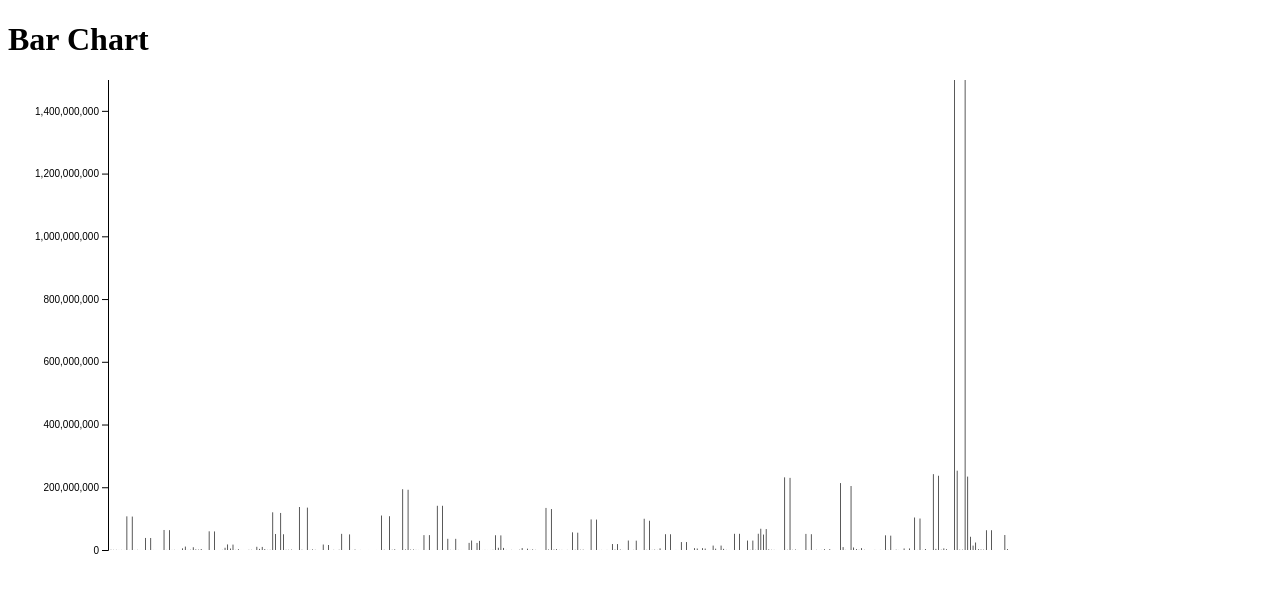
Repository: komalharjani/d3js-visualisation
Page: index.html
An editor plug-in stored every save of this project. The page is shown before and after the next save, followed by the edit.
The browser window is 1280 px wide. The pictures show the whole page.

Above is the page before, as saved 2020-04-29 22:25:33.

### index.html
<!DOCTYPE html>
<html lang="en">
<head>
    <meta charset="UTF-8">
    <meta name="viewport" content="width=device-width, initial-scale=1.0">
    <title>Information Visualisation Practical 3</title>
</head>
<body>
    <div id="barChart"></div>
    <h1>Bar Chart</h1>

</body>
<script src="https://d3js.org/d3.v5.min.js"></script>
<script src="index.js"></script>
</html>

### index.js
//1. What the bar chart should represent -- Data
//2. Add CSS - colours
//3. Add Filters
//4. Add Transitions

let dataPath = "data/energy.csv";
d3.csv(dataPath)
        .then(function (data) {

                let finals = [];
                let temp = [];
                console.log(data);

                // //Filter Data into new object
                // for (let i = 0; i < data.length; i++) {
                //         if (data[i].region == "Combined" && data[i].year == 1990) {
                //                 finals.push({
                //                         amount: parseInt(data[i].amount),
                //                         type: data[i].energySrc,
                //                 })
                //         }
                // }
                //console.log(finals);

                for(let j=0; j < data.length; j++) {
                        let year = 1990;
                        if(data[j].year == year) {
                        if(data[j].energySrc == "Coal" || data[j].energySrc == "Petroleum") {
                                finals.push({
                                        amount: parseInt(data[j].amount),
                                        type: data[j].energySrc,
                                        region: data[j].region
                                })
                        }
                        year = year + 1;
                }
                }
                console.log(finals);

                let width = 1000;
                let height = 500;
                let margin = {
                        top: 20,
                        right: 20,
                        bottom: 20,
                        left: 50
                };
                let barwidth = (width / finals.length);

                //Append to HTML Document
                let svg = d3.select("body")
                        .append("svg")
                        .attr("height", height)
                        .attr("width", width);

                //Scales
                let xscale = d3.scaleLinear()
                        .domain([0, d3.max(finals, d => d.amount)])
                        .range([0, width]);

                let yscale = d3.scaleLinear()
                        .domain([0, d3.max(finals, d => d.amount)])
                        .range([height, 0]);

                //text scales
                let yscales = d3.scaleBand()
                .domain(data.map(d => d.type))
                .range(0, width);

                //Axis

                let y_axis = d3.axisLeft()
                        .scale(yscale);

                svg.append("g")
                        .attr("transform", "translate(100,-30)")
                        .call(y_axis)


                //X Axis
                // let x_axis = d3.axisBottom()
                //         .scale(xscale);
                // let xAxisTranslate = height - 30;

                // svg.append("g")
                //         .attr("transform", "translate(100,30)")
                //         .call(yscales)

                //Barchart
                svg.selectAll("body") //add rectangles to all data
                        .data(finals) //provide finals as dataset
                        .enter()
                        .append("rect")
                        .attr("y", function (d) {
                                return height - xscale(d.amount);
                        })
                        .attr("height", function (d) {
                                return xscale(d.amount);
                        })
                        .attr("width", barwidth -2)
                        .attr("transform", function (d, i) {
                                let translate = [100 + barwidth * i,-30];
                                return "translate(" + translate + ")";
                        })
                        .attr("fill", 'black');

                // Barchart Text
                // let text = svg.selectAll("text")
                //         .data(finals)
                //         .enter()
                //         .append("text")
                //         .text(function (d) {
                //                 return d.amount;
                //         })
                //         .attr("y", function (d, i) {
                //                 return height - xscale(d.amount) - 2;
                //         })
                //         .attr("x", function (d, i) {
                //                 return barwidth * i;
                //         })


                        //    /**
        //          * Boundaries
        //          */
        //         let dateBoundaries = d3.extent(data, function (d) {
        //                 return parseFloat(d.year);
        //         });

        //         let energyBoundaries = d3.extent(data, function (d) {
        //                 return parseFloat(d.amount);
        //         });



                //Averages (rollup example)
                var energyAvgType = d3.nest()
                        .key(function (d) {
                                return d.type;
                        })
                        .rollup(function (v) {
                                return d3.mean(v, function (d) {
                                        return d.amount;
                                });
                        })
                        .entries(data);

                /**
                 * Combined USTOTAL Energy Use split by year, type and energy source
                 */
                let usTotal = d3.nest()
                        .key(function (d) {
                                return d.year;
                        })
                        .entries(data);
                usTotal.shift();
                console.log(usTotal);


        });

After the next save:
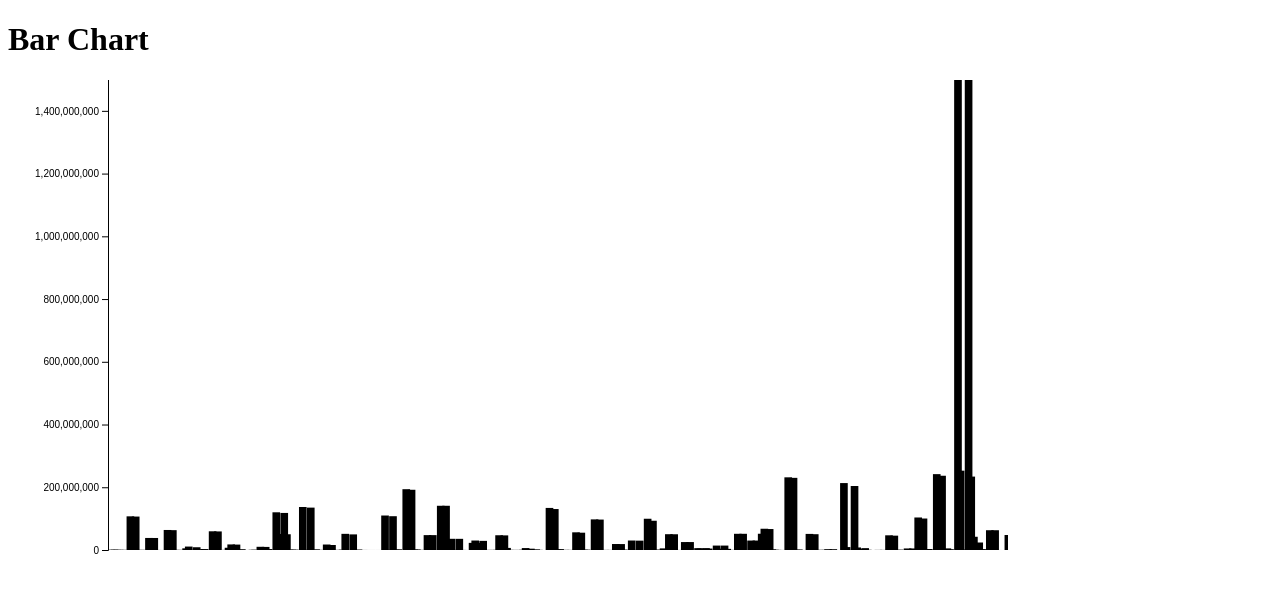
Saved 5 s later.
--- a/index.js
+++ b/index.js
@@ -97,7 +97,7 @@ d3.csv(dataPath)
                         .attr("height", function (d) {
                                 return xscale(d.amount);
                         })
-                        .attr("width", barwidth -2)
+                        .attr("width", barwidth + 5)
                         .attr("transform", function (d, i) {
                                 let translate = [100 + barwidth * i,-30];
                                 return "translate(" + translate + ")";
